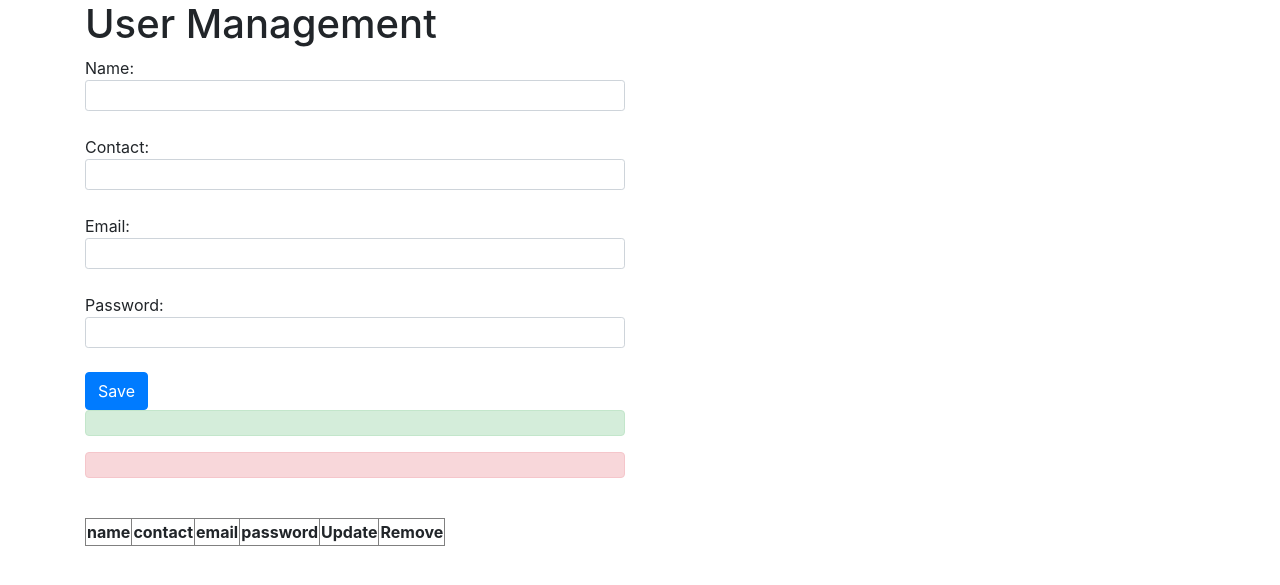
Repository: MadhaveeLiyanagei/UserService---IT20475772
Page: http://localhost/ElectroGrid-UserService/users.jsp
The author's editor kept a copy of each file at every save. The page is drawn from the files as they stood at one save, then again after the next save.
The browser window is 1280 px wide. The pictures show the whole page.
The page is served by Tomcat 9. Queries for data that is not in the repository find no rows.

Above is the page before, as saved 2022-05-12 06:26:32.
Console error: ReferenceError: jQuery is not defined

After the next save:
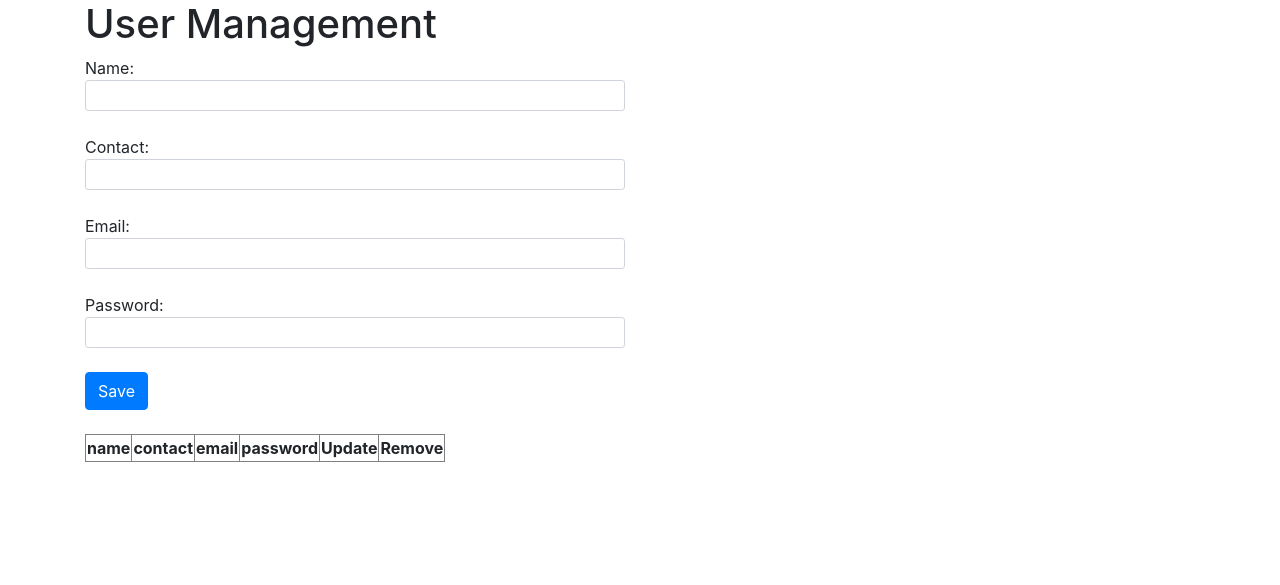
The error is gone.
Saved 10 h 55 min later.
--- a/ElectroGrid-UserService/src/main/webapp/users.jsp
+++ b/ElectroGrid-UserService/src/main/webapp/users.jsp
@@ -7,7 +7,7 @@ pageEncoding="ISO-8859-1"%>
 <meta charset="ISO-8859-1">
 <title>User Management</title>
 <link rel="stylesheet" href="Views/bootstrap.min.css">
-<script src="Components/jquery-migrate-3.4.0.min.js"></script>
+<script src="Components/jquery-3.6.0.js"></script>
 <script src="Components/users.js"></script>
 </head>
 <body>
